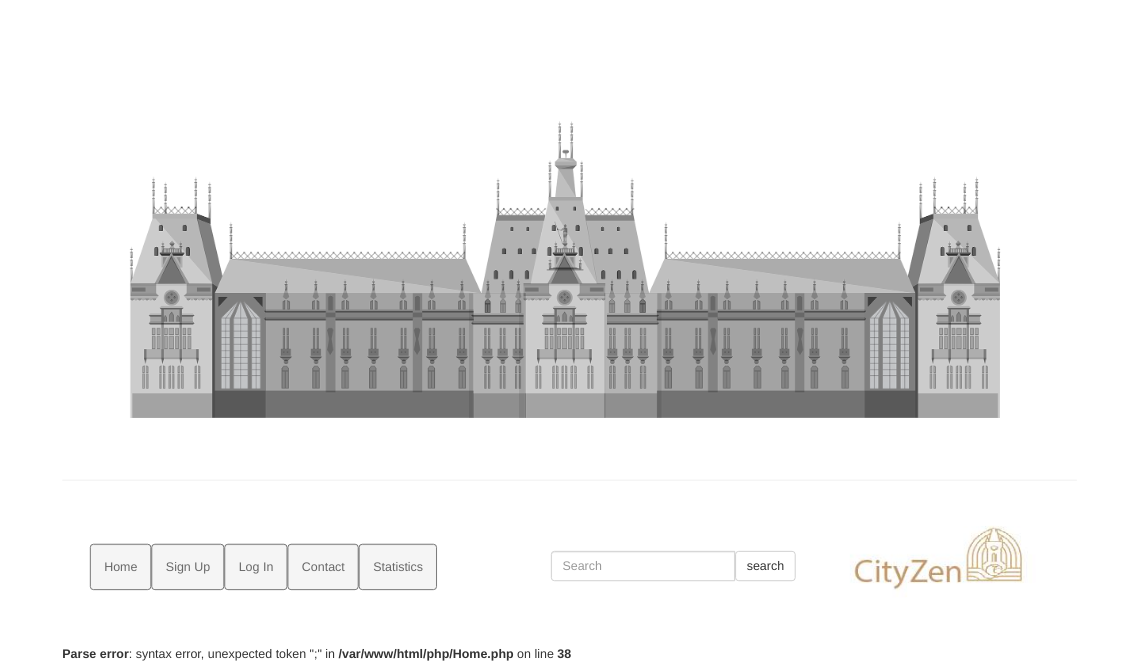
Repository: ciprianchistruga/project
Page: http://localhost/index.php?phpPage=home
The author's editor kept a record of every edit. The page is drawn from the files as they stood at one moment, then again after the next edit.
The browser window is 1280 px wide. The pictures show the whole page, at 89% of full size.
The page is run by PHP 8.4 with error messages shown; the project is at /var/www/html/.

Above is the page before.

After the next edit:
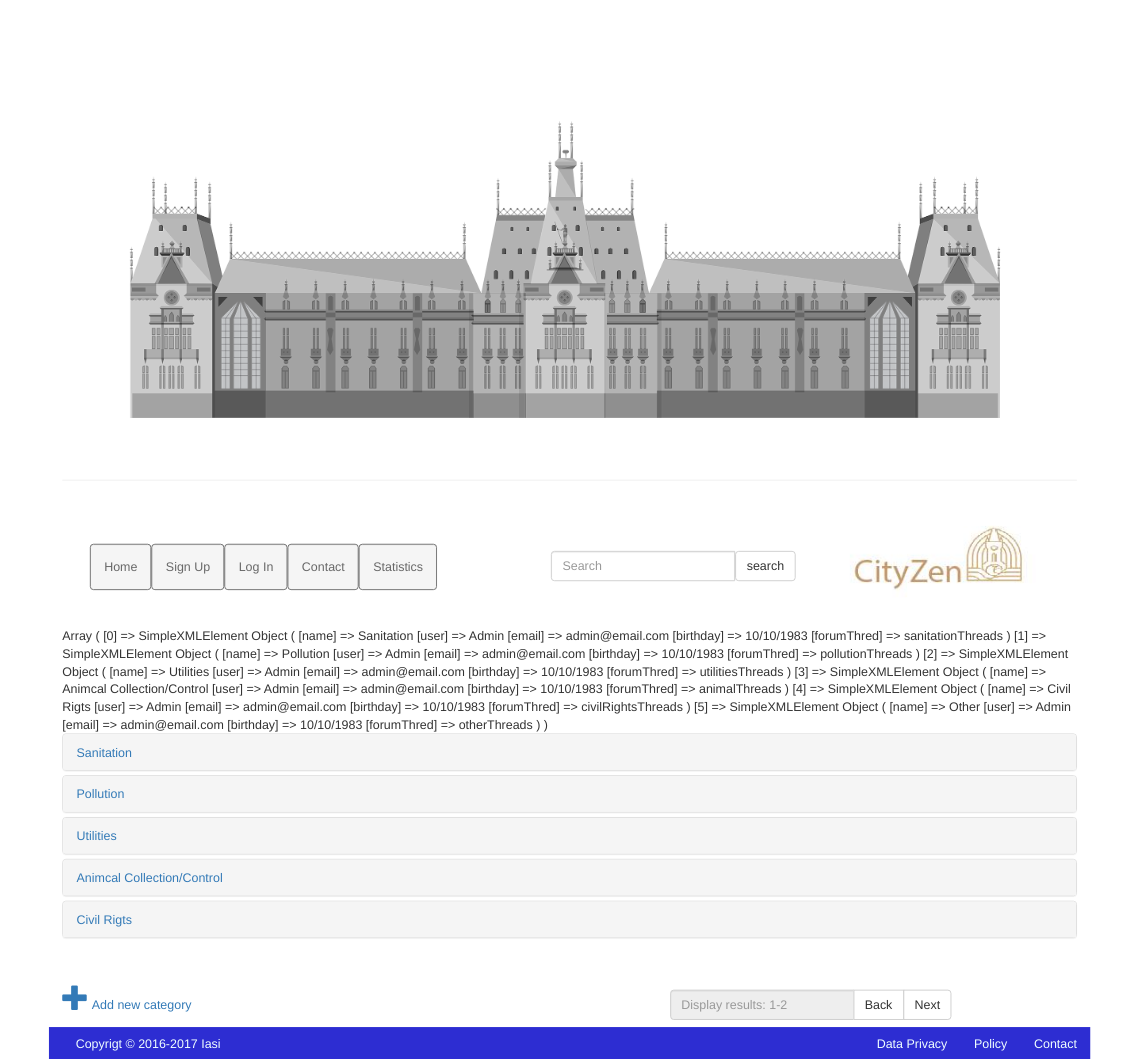
The edit:
--- a/workspace/php/Home.php
+++ b/workspace/php/Home.php
@@ -35,7 +35,7 @@
                     echo "<div class='panel panel-default'>
                           <div class='panel-heading' id='categoryName'><a href='index.php?phpPage=".$array[$x]->forumThred."'>".$array[$x]->name."</a></div>
                           </div>";
-                          echo ;
+
                     }
                 }
                     ?>
